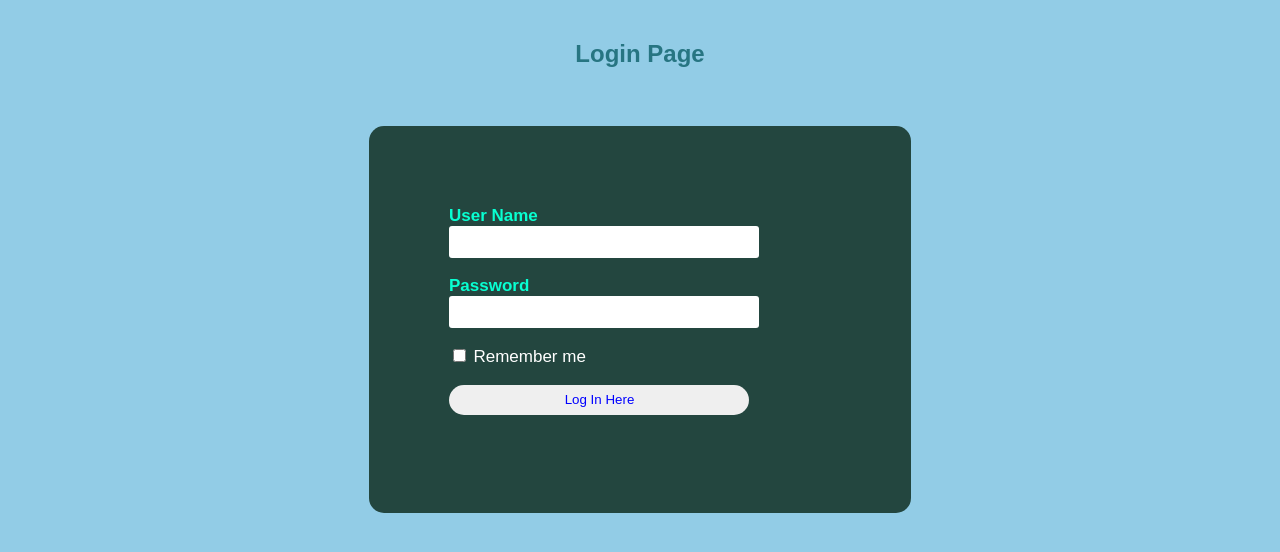
Repository: rohanbhavare1234/BikeServiceWorkspace
Page: eclipse-workspace/jspdemo/WebContent/student-form.html
The author's editor kept a copy of each file at every save. The page is drawn from the files as they stood at one save, then again after the next save.
The browser window is 1280 px wide. The pictures show the whole page.

Above is the page before, as saved 2023-04-11 17:57:04.

### eclipse-workspace/jspdemo/WebContent/student-form.html
<!-- <html>
<head><title> Student Registration Form</title></head>
<body>
<form action="student-response.jsp">

	First name: <input type="text" name="firstName"/>

	<br/><br/>

	Last name: <input type="text" name="lastName"/>

	<br/><br/>

	<input type="submit" value="Submit"/>

</form>
</body>
</html> -->

<!DOCTYPE html>
<html>
<head>
    <title>Bike Service Management System</title>
    <link rel="stylesheet" type="text/css" href="Style.css">
</head>
<body>
    <h2>Login Page</h2><br>
    <div class="login">
    <form action="student-response.jsp">
        <label><b>User Name
        </b>
        </label>
        <input type="text" name="Uname" id="Uname"/>
        <br><br>
        <label><b>Password
        </b>
        </label>
        <input type="Password" name="Pass" id="Pass"/> <br><br>
        <input type="checkbox" id="check"/>
        <span>Remember me</span>
        <br><br>
        <input type="button" name="log" id="log" value="Log In Here">
        <br><br>


    </form>
</div>
</body>
</html>

### eclipse-workspace/jspdemo/WebContent/Style.css
@charset "ISO-8859-1";

body
{
    margin: 0;
    padding: 0;
    background-color:#6abadeba;
    font-family: 'Arial';
}
.login{
        width: 382px;
        overflow: hidden;
        margin: auto;
        margin: 20 0 0 450px;
        padding: 80px;
        background: #23463f;
        border-radius: 15px ;

}
h2{
    text-align: center;
    color: #277582;
    padding: 20px;
}
label{
    color: #08ffd1;
    font-size: 17px;
}
#Uname{
    width: 300px;
    height: 30px;
    border: none;
    border-radius: 3px;
    padding-left: 8px;
}
#Pass{
    width: 300px;
    height: 30px;
    border: none;
    border-radius: 3px;
    padding-left: 8px;

}
#log{
    width: 300px;
    height: 30px;
    border: none;
    border-radius: 17px;
    padding-left: 7px;
    color: blue;


}
span{
    color: white;
    font-size: 17px;
}
a{
    float: right;
    background-color: grey;
}

After the next save:
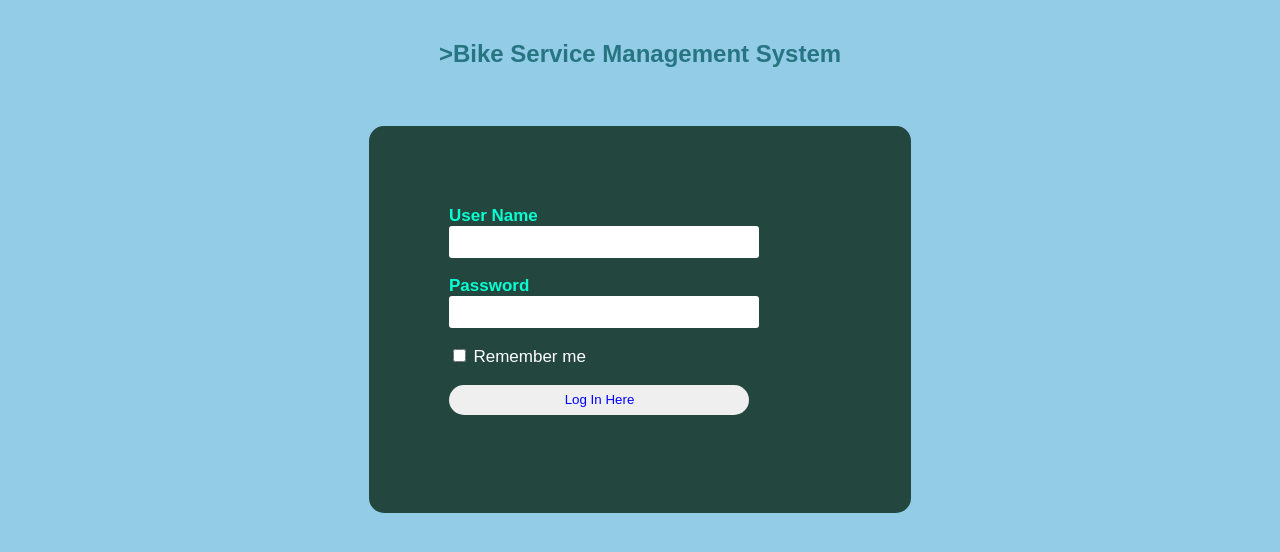
Saved 41 s later.
--- a/eclipse-workspace/jspdemo/WebContent/student-form.html
+++ b/eclipse-workspace/jspdemo/WebContent/student-form.html
@@ -24,7 +24,7 @@
     <link rel="stylesheet" type="text/css" href="Style.css">
 </head>
 <body>
-    <h2>Login Page</h2><br>
+    <h2>>Bike Service Management System</h2><br>
     <div class="login">
     <form action="student-response.jsp">
         <label><b>User Name
